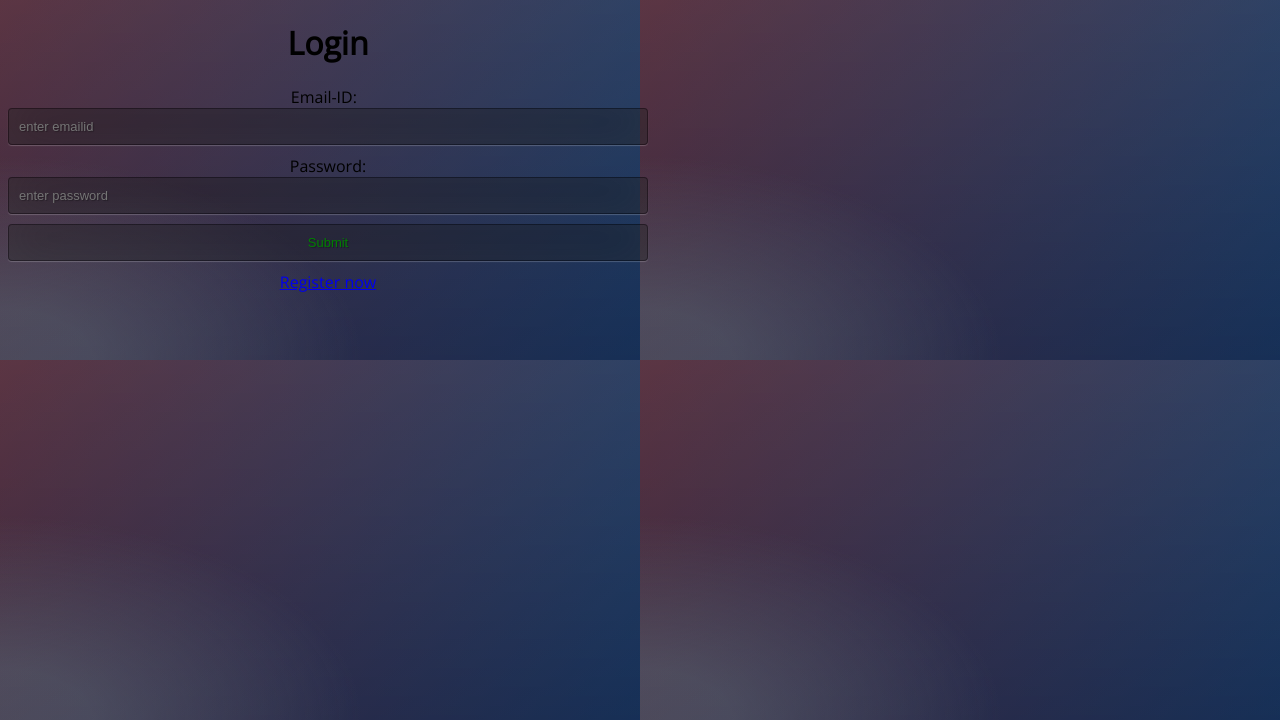
Repository: Tharungandhi/ServeltProject
Page: ServletJDBCApp/WebContent/login.html
The author's editor kept a copy of each file at every save. The page is drawn from the files as they stood at one save, then again after the next save.
The browser window is 1280 px wide. The pictures show the whole page.

Above is the page before, as saved 2019-01-29 11:36:19.

After the next save:
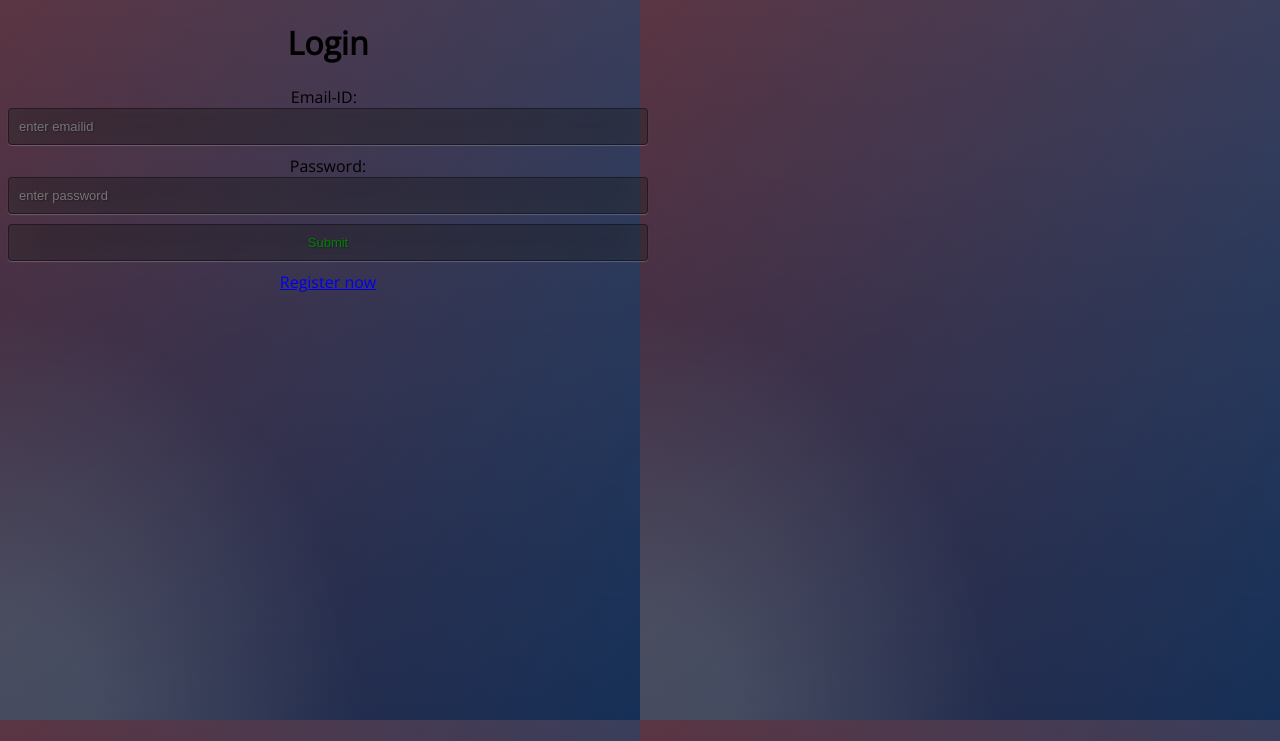
Saved 33 s later.
--- a/ServletJDBCApp/WebContent/login.html
+++ b/ServletJDBCApp/WebContent/login.html
@@ -15,7 +15,7 @@
 
 * { -webkit-box-sizing:border-box; -moz-box-sizing:border-box; -ms-box-sizing:border-box; -o-box-sizing:border-box; box-sizing:border-box; }
 
-html { width: 50%; height:50%; overflow:hidden; }
+html { width: 50%; height:100%; overflow:hidden; }
 
 body {
     width: 100%;
